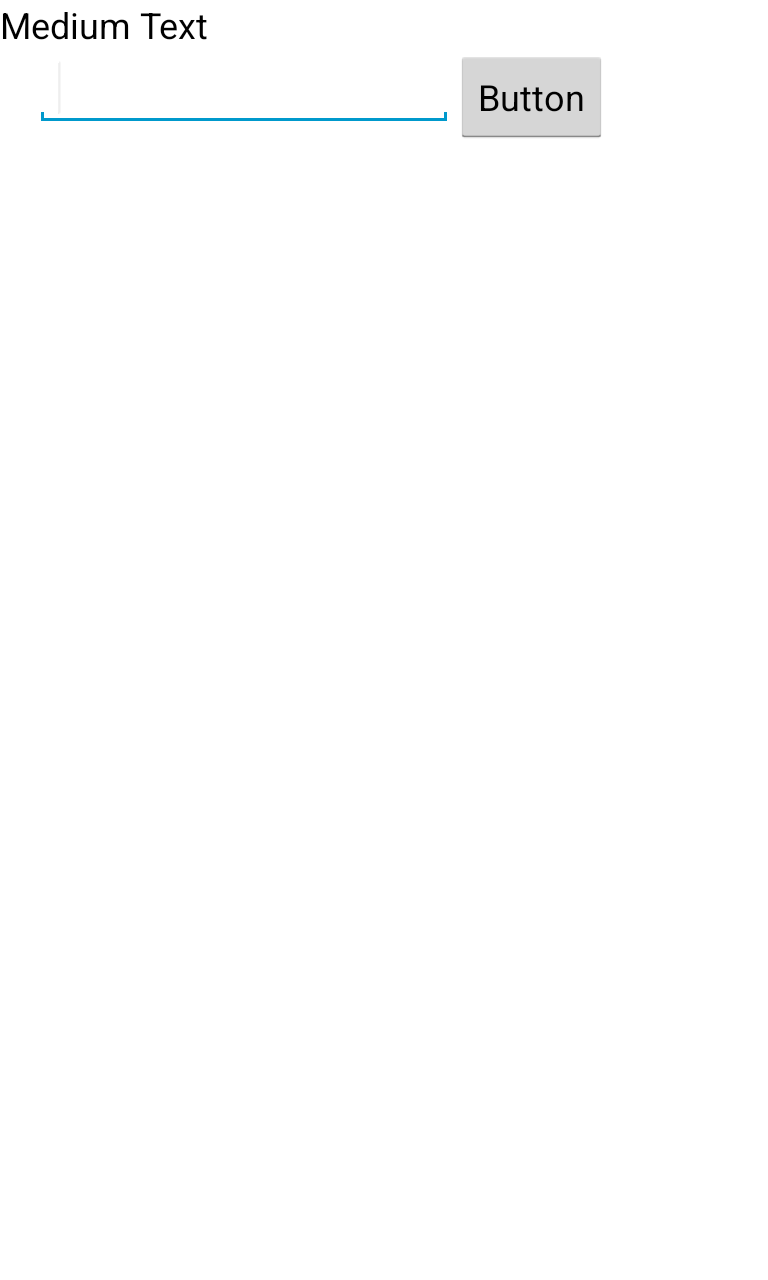
Repository: laurenelder/Java2_Elder
Layout: MovieLookup/res/layout/activity_main.xml
An editor plug-in stored every save of this project. The layout is shown before and after the next save, followed by the edit.
It is drawn on a 768 x 1280 px phone screen (xhdpi) without system bars, with theme AppTheme; the app's code is not run. Lists and similar views that code fills are empty.

Above is the layout before, as saved 2014-07-09 23:20:41.

After the next save:
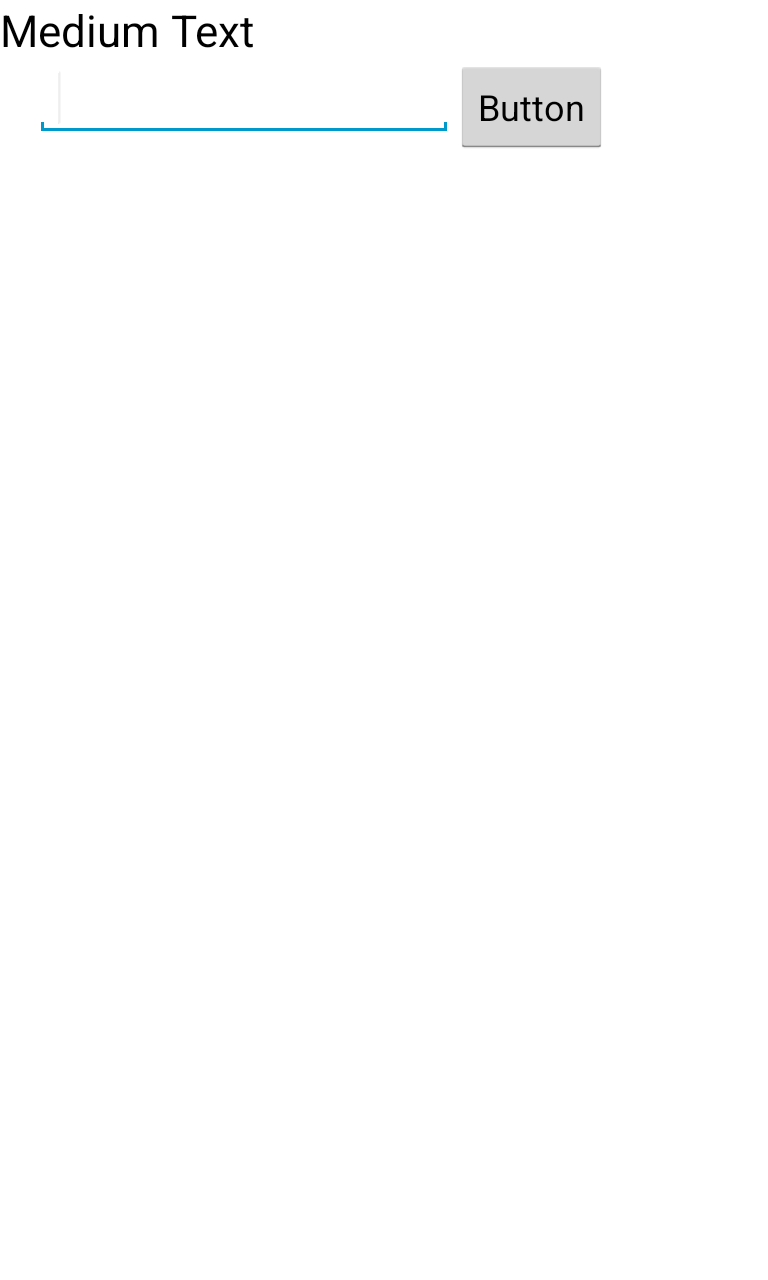
Saved 40 s later.
--- a/MovieLookup/res/layout/activity_main.xml
+++ b/MovieLookup/res/layout/activity_main.xml
@@ -12,7 +12,7 @@
         android:layout_width="wrap_content"
         android:layout_height="wrap_content"
         android:text="Medium Text"
-        android:textAppearance="?android:attr/textAppearanceMedium" />
+        android:textAppearance="?android:attr/textAppearanceLarge" />
 
     <RelativeLayout
         android:layout_width="match_parent"
